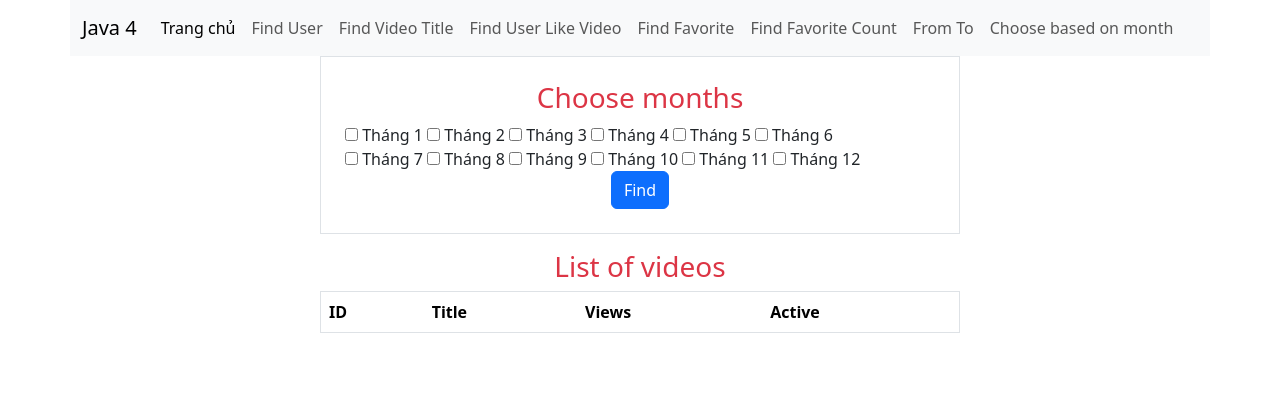
Repository: DanielNine9/java_servlet
Page: http://localhost/lab6/find/choose-month
These files come from the project's save history. The page is drawn as it stood at one moment and after a run of saves; the edit follows.
The browser window is 1280 px wide. The pictures show the whole page.
The page is served by Tomcat 9.

Above is the page before, as saved 2024-07-17 10:01:56.

After the next 2 saves:
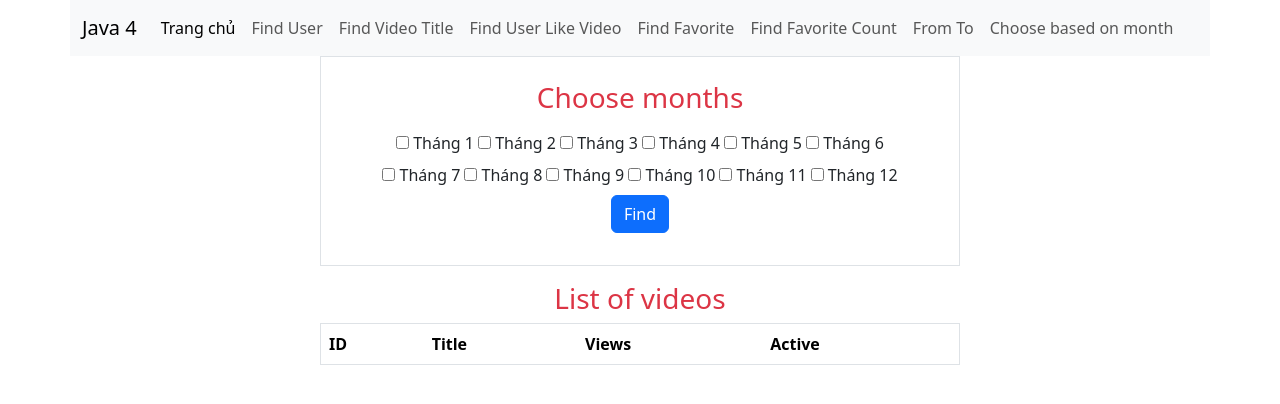
The 2 saves are shown as one change because they came seconds apart.
The last was saved 84 s later.
--- a/lab6/src/main/webapp/lab6/chooseMonth.jsp
+++ b/lab6/src/main/webapp/lab6/chooseMonth.jsp
@@ -22,7 +22,7 @@
 
 
 
-		<form action=""
+		<div
 			class="d-flex flex-column gap-2 py-2 justify-content-center align-items-center">
 			<div class="d-flex gap-1">
 				<div>
@@ -77,10 +77,10 @@
 				</div>
 			</div>
 			<div class="d-flex justify-content-center">
-			<button class="btn btn-primary">Find</button>
+				<button class="btn btn-primary">Find</button>
 
+			</div>
 		</div>
-		</form>
 
 	</form>
 	<div class="mt-3 w-50 mx-auto">
